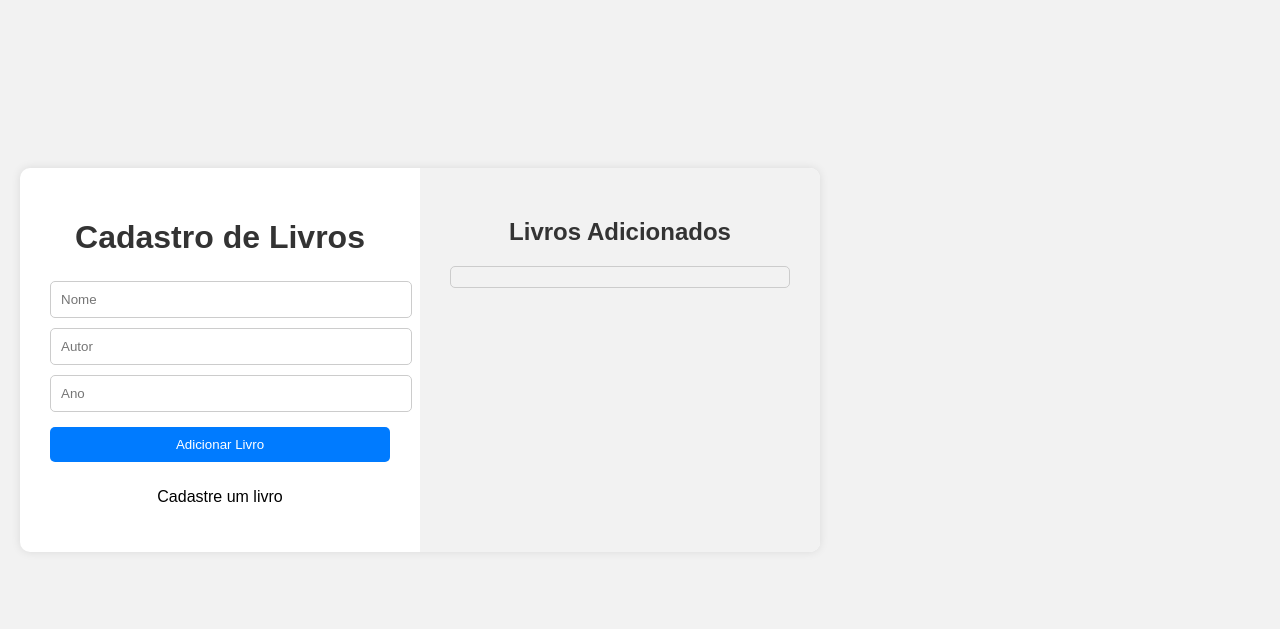
Repository: Matheus904-12/JS-BIN
Page: index.html
The author's editor kept a copy of each file at every save. The page is drawn from the files as they stood at one save, then again after the next save.
The browser window is 1280 px wide. The pictures show the whole page.

Above is the page before, as saved 2023-08-15 20:32:07.

### index.html
<!DOCTYPE html>
<html lang="pt-br">
<head>
    <meta charset="UTF-8">
    <meta name="viewport" content="width=device-width, initial-scale=1.0">
    <title>Cadastro de Livros</title>
    <link rel="stylesheet" href="style.css">
</head>
<body>
    <div class="container">
        <div class="cadastro-box">
            <h1>Cadastro de Livros</h1>
            <input id="nomeLivro" placeholder="Nome" type="text">
            <input id="autorLivro" placeholder="Autor" type="text">
            <input id="anoLivro" placeholder="Ano" type="number">
            <button onclick="adicionar();">Adicionar Livro</button>
            <p id="contadorLivros">Cadastre um livro</p>
        </div>
        <div class="registros-box">
            <h2>Livros Adicionados</h2>
            <div id="livros" class="livros-box"></div>
        </div>
    </div>
    <div class="notification-carousel" id="notification-carousel"></div>
    <div class="carrossel-box">
        <div class="carrossel" id="carrossel"></div>
    </div>
    <script src="script.js"></script>
</body>
</html>

### style.css
body {
    font-family: 'Arial', sans-serif;
    background-color: #f2f2f2;
    margin: 0;
    padding: 0;
    display: flex;
    justify-content: center;
    align-items: center;
    min-height: 100vh;
}

.container {
    display: flex;
    flex-direction: row;
    background-color: #fff;
    border-radius: 10px;
    box-shadow: 0px 0px 10px rgba(0, 0, 0, 0.1);
    text-align: center;
    overflow: hidden;
    width: 800px;
    margin: 20px;
}

.cadastro-box {
    flex: 1;
    padding: 30px;
    text-align: center;
}

.cadastro-box h1 {
    color: #333;
    margin-bottom: 20px;
}

.cadastro-box input {
    width: 100%;
    padding: 10px;
    margin: 5px 0;
    border: 1px solid #ccc;
    border-radius: 5px;
}

.cadastro-box button {
    width: 100%;
    padding: 10px;
    margin: 10px 0;
    background-color: #007bff;
    color: #fff;
    border: none;
    border-radius: 5px;
    cursor: pointer;
    transition: background-color 0.3s;
}

.cadastro-box button:hover {
    background-color: #0056b3;
}

.cadastro-box button:last-child {
    background-color: #dc3545;
}

.cadastro-box button:last-child:hover {
    background-color: #c82333;
}

.registros-box {
    flex: 1;
    background-color: #f2f2f2;
    padding: 30px;
    text-align: center;
    overflow: hidden;
}

.registros-box h2 {
    color: #333;
    margin-bottom: 20px;
}

.livros-box {
    border: 1px solid #ccc;
    padding: 10px;
    margin-top: 20px;
    border-radius: 5px;
    overflow-y: auto;
    max-height: 300px;
}

.livro {
    display: flex;
    justify-content: space-between;
    align-items: center;
    margin-bottom: 10px;
    padding: 5px;
    border-bottom: 1px solid #ddd;
}

.livro h3 {
    margin: 0;
    font-size: 16px;
}

.livro button {
    background-color: #007bff;
    color: #fff;
    border: none;
    border-radius: 3px;
    padding: 5px 10px;
    cursor: pointer;
    transition: background-color 0.3s;
}

.livro button:hover {
    background-color: #0056b3;
}

.notification-carousel {
    position: absolute;
    top: 50%;
    left: 50%;
    transform: translate(-50%, -50%);
    width: 100%;
    text-align: center;
    z-index: 1;
    pointer-events: none;
}

.notification {
    position: absolute;
    top: 50%;
    left: 50%;
    transform: translate(-50%, -50%) scale(0);
    display: none;
    padding: 10px 20px;
    color: #fff;
    border-radius: 5px;
    z-index: 2;
}

.carrossel-box {
    flex: 1;
    position: relative; /* Adiciona uma posição relativa para que o carrossel possa ser posicionado dentro da div */
    overflow: hidden; /* Esconde qualquer conteúdo que ultrapasse as dimensões da div */
}

.carrossel {
    display: flex; /* Permite que as capas dos livros fiquem em linha */
    transition: transform 0.5s; /* Adiciona uma transição suave para a animação do carrossel */
}

.capa {
    flex: 0 0 100%; /* Define o tamanho das capas para ocupar todo o espaço do carrossel */
    height: 100%; /* Garante que a altura seja a mesma do carrossel */
    background-size: cover; /* Redimensiona a imagem para preencher todo o espaço */
    background-position: center; /* Centraliza a imagem dentro da div */
    opacity: 0; /* Inicialmente, as capas estarão invisíveis */
    transition: opacity 0.5s; /* Adiciona uma transição suave para a animação de aparecimento/invisibilidade */
}

### script.js
   //--Inicio da caixa--//

   let biblioteca = [];
   let carrosselIndex = 0;
   let notifications = [];

   let n = 0;
   while (n < 3) {
       n++;
   }

   function cadastro(nome, autor, ano) {
    var livro = {
        nome: nome,
        autor: autor,
        ano: ano
    };
    biblioteca.push(livro);
    atualizarContador();
    mostrarLivros();
    startCarousel();
}

function adicionar() {
    let nome = document.getElementById('nomeLivro').value;
    let autor = document.getElementById('autorLivro').value;
    let ano = document.getElementById('anoLivro').value;
    cadastro(nome, autor, ano);
    showNotification('Livro adicionado com sucesso!', true);
}

function mostrarLivros() {
    const livrosDiv = document.getElementById('livros');
    livrosDiv.innerHTML = '';

    for (let i = 0; i < biblioteca.length; i++) {
        const livro = biblioteca[i];
        const livroDiv = document.createElement('div');
        livroDiv.classList.add('livro');

        const infoDiv = document.createElement('div');
        const nomeAutor = document.createElement('h3');
        nomeAutor.textContent = `Nome: ${livro.nome}, Autor: ${livro.autor}`;
        infoDiv.appendChild(nomeAutor);

        const ano = document.createElement('p');
        ano.textContent = `Ano: ${livro.ano}`;
        infoDiv.appendChild(ano);

        const btnDiv = document.createElement('div');
        const mostrarBtn = document.createElement('button');
        mostrarBtn.textContent = 'Mostrar';
        mostrarBtn.onclick = function () {
            console.log(`Nome: ${livro.nome}, Autor: ${livro.autor}, Ano: ${livro.ano}`);
        };
        btnDiv.appendChild(mostrarBtn);

        const apagarBtn = document.createElement('button');
        apagarBtn.textContent = 'Apagar';
        apagarBtn.onclick = function () {
            biblioteca.splice(i, 1);
            mostrarLivros();
            atualizarContador();
        };
        btnDiv.appendChild(apagarBtn);

        livroDiv.appendChild(infoDiv);
        livroDiv.appendChild(btnDiv);

        livrosDiv.appendChild(livroDiv);
    }
}

function apagarLivros() {
    biblioteca = [];
    atualizarContador();
    mostrarLivros();
    console.log('Biblioteca apagada');
}

function atualizarContador() {
    const contador = document.getElementById('contadorLivros');
    if (biblioteca.length === 0) {
        contador.textContent = 'Cadastre um livro';
    } else {
        contador.textContent = `${biblioteca.length} livro${biblioteca.length === 1 ? '' : 's'} cadastrado${biblioteca.length === 1 ? '' : 's'}`;
    }
}

function showNotification(message, isSuccess) {
    const notificationCarousel = document.getElementById('notification-carousel');
    const newNotification = document.createElement('div');
    newNotification.textContent = message;
    newNotification.style.backgroundColor = isSuccess ? '#28a745' : '#dc3545';
    newNotification.classList.add('notification');
    notificationCarousel.appendChild(newNotification);

    notifications.push(newNotification);
    startNotificationCarousel();
}

function startNotificationCarousel() {
    let currentIndex = notifications.length - 1;
    notifications[currentIndex].style.transform = 'translateX(0)';

    setTimeout(() => {
        notifications[currentIndex].style.transform = 'translateX(100%)';

        setTimeout(() => {
            notifications[currentIndex].remove();
            notifications.splice(currentIndex, 1);
        }, 500);
    }, 3000);
}

function startCarousel() {
    const carrossel = document.getElementById('carrossel');
    carrossel.innerHTML = '';

    for (let i = 0; i < biblioteca.length; i++) {
        const livro = biblioteca[i];
        const capaDiv = document.createElement('div');
        capaDiv.classList.add('capa');
        // Substitua 'URL_DA_CAPA_DO_LIVRO' pela URL real da capa do livro
        capaDiv.style.backgroundImage = `url('URL_DA_CAPA_DO_LIVRO')`;

        carrossel.appendChild(capaDiv);
    }

    carrosselIndex = 0;
    showNextCarrosselItem();
}

function showNextCarrosselItem() {
    const carrossel = document.getElementById('carrossel');
    const capas = carrossel.querySelectorAll('.capa');

    if (capas.length > 0) {
        capas[carrosselIndex].style.opacity = '1';

        setTimeout(() => {
            capas[carrosselIndex].style.opacity = '0';
            carrosselIndex = (carrosselIndex + 1) % capas.length;
            showNextCarrosselItem();
        }, 3000); // Troca a cada 3 segundos (3000 milissegundos)
    }
}

After the next save:
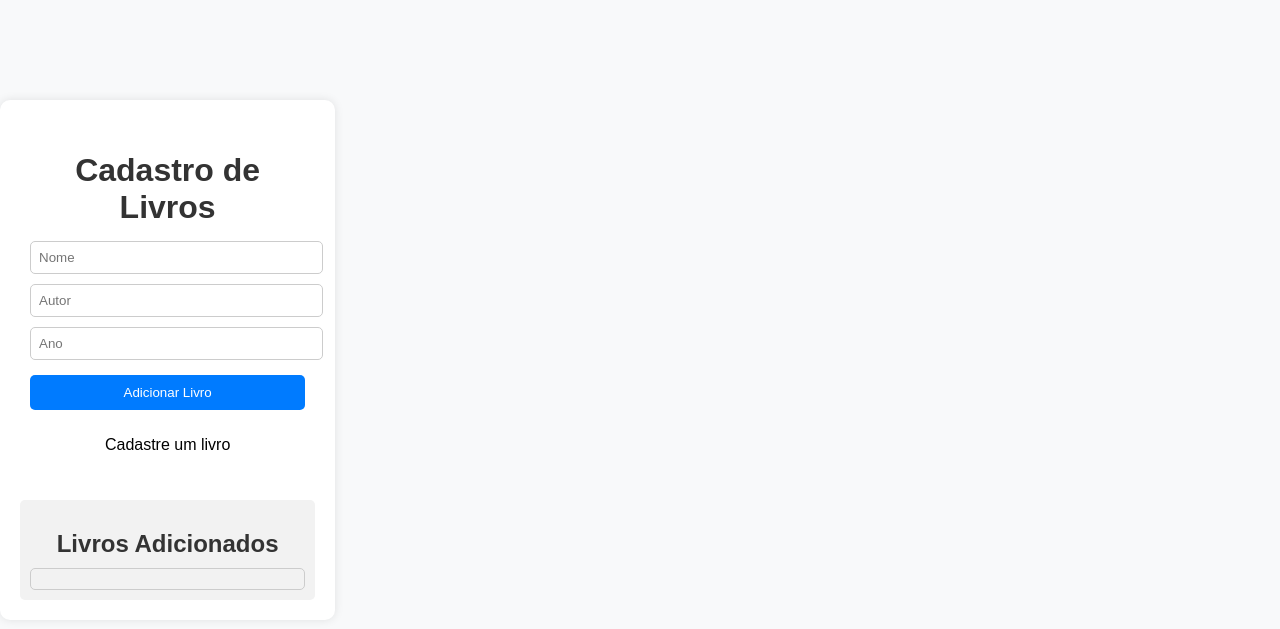
Saved 23 s later.
--- a/style.css
+++ b/style.css
@@ -1,6 +1,6 @@
 body {
     font-family: 'Arial', sans-serif;
-    background-color: #f2f2f2;
+    background-color: #f8f9fa;
     margin: 0;
     padding: 0;
     display: flex;
@@ -11,30 +11,27 @@ body {
 
 .container {
     display: flex;
-    flex-direction: row;
-    background-color: #fff;
+    flex-direction: column;
+    background-color: #ffffff;
     border-radius: 10px;
     box-shadow: 0px 0px 10px rgba(0, 0, 0, 0.1);
     text-align: center;
-    overflow: hidden;
-    width: 800px;
-    margin: 20px;
+    width: 400px;
+    padding: 20px;
 }
 
 .cadastro-box {
-    flex: 1;
-    padding: 30px;
-    text-align: center;
+    padding: 10px;
 }
 
 .cadastro-box h1 {
     color: #333;
-    margin-bottom: 20px;
+    margin-bottom: 10px;
 }
 
 .cadastro-box input {
     width: 100%;
-    padding: 10px;
+    padding: 8px;
     margin: 5px 0;
     border: 1px solid #ccc;
     border-radius: 5px;
@@ -56,48 +53,40 @@ body {
     background-color: #0056b3;
 }
 
-.cadastro-box button:last-child {
-    background-color: #dc3545;
-}
-
-.cadastro-box button:last-child:hover {
-    background-color: #c82333;
-}
-
 .registros-box {
-    flex: 1;
     background-color: #f2f2f2;
-    padding: 30px;
+    padding: 10px;
     text-align: center;
-    overflow: hidden;
+    margin-top: 20px;
+    border-radius: 5px;
 }
 
 .registros-box h2 {
     color: #333;
-    margin-bottom: 20px;
+    margin-bottom: 10px;
 }
 
 .livros-box {
     border: 1px solid #ccc;
     padding: 10px;
-    margin-top: 20px;
+    margin-top: 10px;
     border-radius: 5px;
     overflow-y: auto;
-    max-height: 300px;
+    max-height: 150px;
 }
 
 .livro {
     display: flex;
     justify-content: space-between;
     align-items: center;
-    margin-bottom: 10px;
+    margin-bottom: 5px;
     padding: 5px;
     border-bottom: 1px solid #ddd;
 }
 
 .livro h3 {
     margin: 0;
-    font-size: 16px;
+    font-size: 14px;
 }
 
 .livro button {
@@ -105,7 +94,7 @@ body {
     color: #fff;
     border: none;
     border-radius: 3px;
-    padding: 5px 10px;
+    padding: 3px 8px;
     cursor: pointer;
     transition: background-color 0.3s;
 }
@@ -116,43 +105,41 @@ body {
 
 .notification-carousel {
     position: absolute;
-    top: 50%;
-    left: 50%;
-    transform: translate(-50%, -50%);
-    width: 100%;
+    top: 20px;
+    right: 20px;
+    width: 300px;
     text-align: center;
     z-index: 1;
     pointer-events: none;
 }
 
 .notification {
-    position: absolute;
-    top: 50%;
-    left: 50%;
-    transform: translate(-50%, -50%) scale(0);
-    display: none;
-    padding: 10px 20px;
+    position: relative;
+    margin-bottom: 5px;
+    padding: 5px;
     color: #fff;
     border-radius: 5px;
     z-index: 2;
 }
 
 .carrossel-box {
-    flex: 1;
-    position: relative; /* Adiciona uma posição relativa para que o carrossel possa ser posicionado dentro da div */
-    overflow: hidden; /* Esconde qualquer conteúdo que ultrapasse as dimensões da div */
+    position: relative;
+    overflow: hidden;
+    width: 100%;
+    margin-top: 20px;
 }
 
 .carrossel {
-    display: flex; /* Permite que as capas dos livros fiquem em linha */
-    transition: transform 0.5s; /* Adiciona uma transição suave para a animação do carrossel */
+    display: flex;
+    transition: transform 0.5s;
+    overflow: hidden;
 }
 
 .capa {
-    flex: 0 0 100%; /* Define o tamanho das capas para ocupar todo o espaço do carrossel */
-    height: 100%; /* Garante que a altura seja a mesma do carrossel */
-    background-size: cover; /* Redimensiona a imagem para preencher todo o espaço */
-    background-position: center; /* Centraliza a imagem dentro da div */
-    opacity: 0; /* Inicialmente, as capas estarão invisíveis */
-    transition: opacity 0.5s; /* Adiciona uma transição suave para a animação de aparecimento/invisibilidade */
+    flex: 0 0 100%;
+    height: 150px;
+    background-size: cover;
+    background-position: center;
+    opacity: 0;
+    transition: opacity 0.5s;
 }
